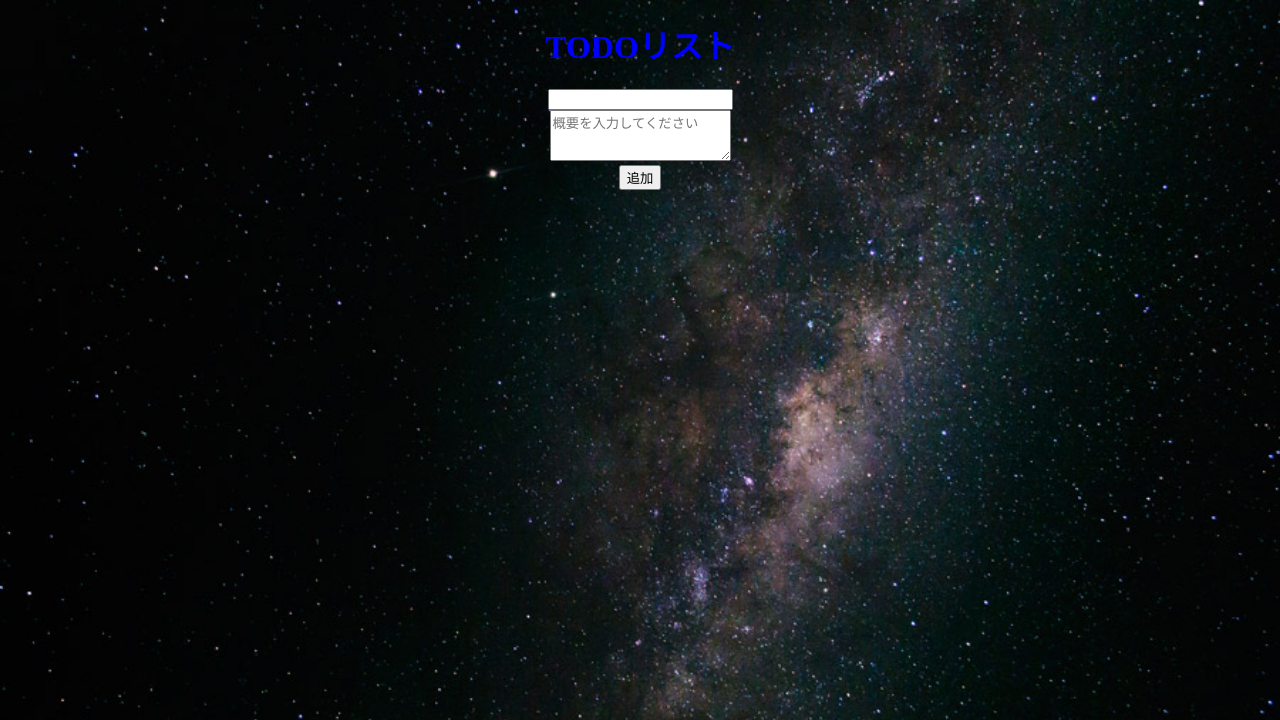
Repository: kntb2565/todolist
Page: src/index.html
An editor plug-in stored every save of this project. The page is shown before and after the next save, followed by the edit.
The browser window is 1280 px wide. The pictures show the whole page.

Above is the page before, as saved 2018-10-22 22:05:12.

After the next save:
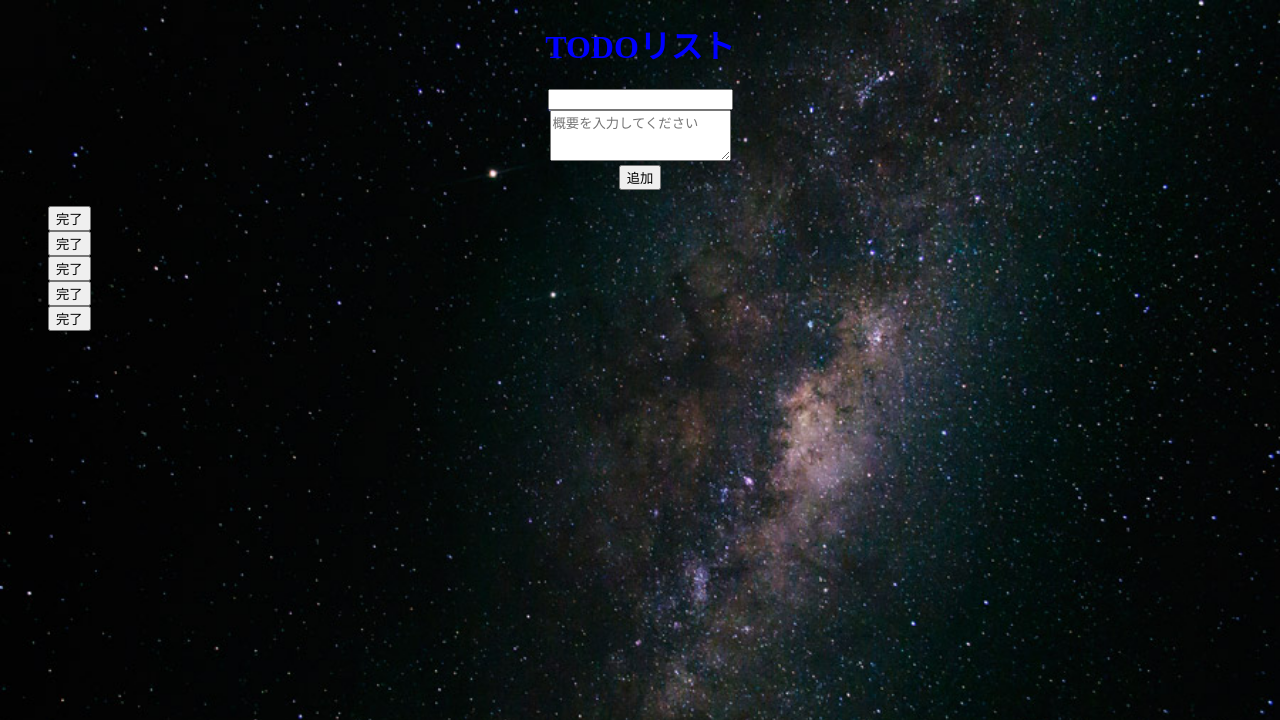
Saved 6 min 28 s later.
--- a/src/index.html
+++ b/src/index.html
@@ -22,4 +22,12 @@
     <input type="button" value="追加" />
 
   </div>
+  <ul>
+    <li><button>完了</button></li>
+    <li><button>完了</button></li>
+    <li><button>完了</button></li>
+    <li><button>完了</button></li>
+    <li><button>完了</button></li>
+
+  </ul>
 </html>
